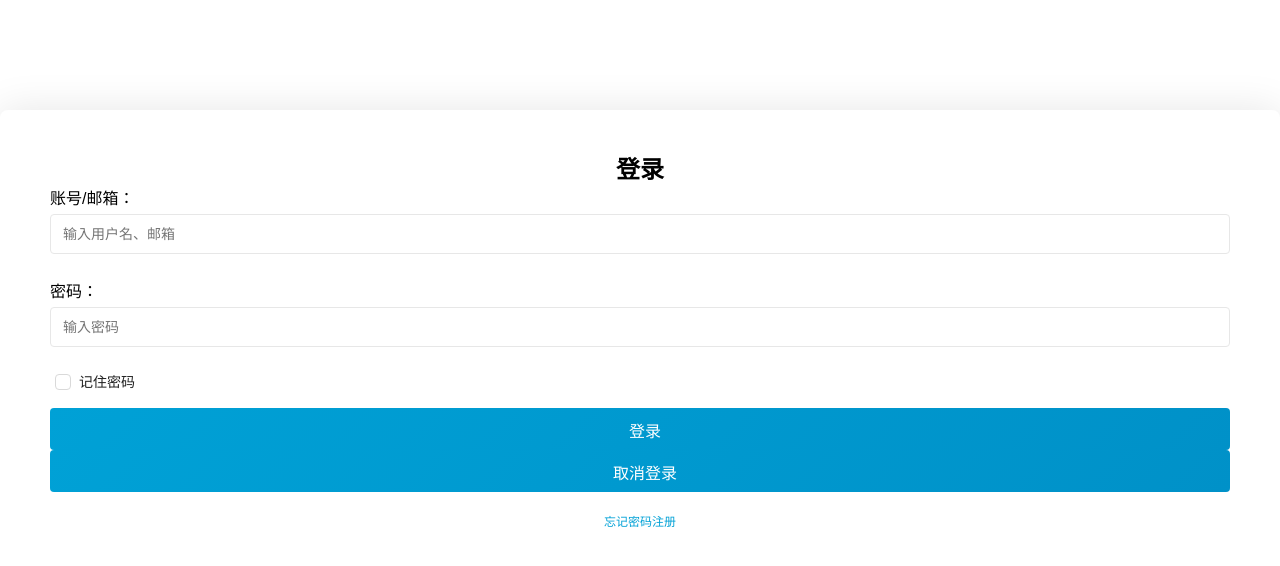
Repository: karicat996/-
Page: /login
An editor plug-in stored every save of this project. The page is shown before and after the next save, followed by the edit.
The browser window is 1280 px wide. The pictures show the whole page.
The project was rebuilt for these pictures with package versions that can differ from the ones it lists, and the page was loaded fresh each time. Also part of the build but not shown: vite.config.ts, src/pages/Calendar/CalendarPage.tsx, src/pages/Home/HomePage.tsx, src/pages/Plan/Plans.tsx, src/layouts/Layouts.tsx, src/pages/TestDemo/index.tsx, src/pages/404.tsx, src/pages/User/Register.less and 2 more.

Above is the page before, as saved 2025-03-24 21:00:59.

### src/main.tsx
import { StrictMode } from 'react'
import { createRoot } from 'react-dom/client'
import './index.css'
import MainRouter from './routes/MainRouter'

createRoot(document.getElementById('root')!).render(

  <StrictMode>
    <MainRouter/>
  </StrictMode>,

)

### src/index.css
html,body{
  height:auto;
  margin: auto;
  padding: 0;
  overflow: hidden
}

### src/routes/MainRouter.tsx
// 主要路由文件
import { BrowserRouter, Route, Routes} from "react-router-dom";
import { Home } from "../pages/Home/HomePage";
import { Layouts }  from "../layouts/Layouts";
import  TestDemo  from "../pages/TestDemo";
import { NotFound } from "../pages/404";
import LoginPaged from './../pages/User/Login';
import { RegisterPage } from './../pages/User/Register';


const MainRouter: React.FC = () => {
  return (
    <BrowserRouter>
    <Routes>
        <Route path="/" element={<Layouts />} />
        <Route path="/index" element={<Home />} />
        <Route path="*" element={<NotFound />} />
        <Route path="/test" element={<TestDemo />} />
        <Route path="/login" element={<LoginPaged />} />
        <Route path="/Register" element={<RegisterPage  />} />
    </Routes>
    </BrowserRouter>
  )
}


export default MainRouter

### src/pages/User/Login.tsx
import react from 'react';
import {useState,useEffect} from 'react';
import  './Login.less';
import { AppstoreOutlined } from '@ant-design/icons';
import { Checkbox } from 'antd';
import type { CheckboxProps } from 'antd';



// interface LoginPageProps {
//     account: string,
//     email: string,
//     password: string
// }




const LoginPage: React.FC = () => {

    const [account, setAccount] = useState<string>();
    const [password,setPassword] = useState<string>();
    const [remember,setRemember] = useState<boolean>();
    const [error,setError] = useState<string>();
    const [loading,setLoading] = useState<boolean>();
    const [success,setSuccess] = useState<boolean>();
    const [errorMessage,setErrorMessage] = useState<string>();




    useEffect(()=>{

    },[]);


    //账号邮箱表单校验


    //登录请求
    const handleSumbit = async (event:React.MouseEvent<HTMLButtonElement>) =>{
        //登录请求
        try{
            const response = await fetch('http://127.0.0.1:4523/m1/6022892-0-default/user/login',{
                method:'POST',
                headers:{
                    'Content-Type':'application/json'
                },
                body:JSON.stringify({
                    account,
                    password
                })


            });
            const data = await response.json();
            if (data.code === 200)  {
                // const data = await response.json();
                alert('登录成功');
                // 处理登录成功后的逻辑，如跳转页面
            } else {
                alert('登录失败: ' + response.statusText);
            };
        }catch(error){
            console.log('请求出错',error);

        }finally{
            setLoading(false);
        }
    };
    //取消登录
    const handleCancel =(event:React.MouseEvent<HTMLButtonElement>) =>{

        console.log(event);
    };




    //忘记密码
    const handleForgetPassword =() =>{

        try{
            //忘记密码请求


        }catch(e){



        }finally{

        }

    };


    //注册
    const handleRegister =()=>{

    };

//记住密码
    const onChange: CheckboxProps['onChange'] = (e) => {
        console.log(`checked = ${e.target.checked}`);
      };



    return (
        <>
        <div className="Login-Container">
            <h2 className="text-login">登录</h2>
            <div className="inputGroup">
                <label>账号/邮箱：</label>
                 <input
                 type="text"
                 value={account}
                 onChange={(e)=>{setAccount(e.target.value)}}
                 placeholder="输入用户名、邮箱" />
            </div>
            <div className="inputGroup">
                <label>密码：</label>
                <input type="text"
                value={password}
                onChange={(e)=>{setPassword(e.target.value)}}
                placeholder="输入密码" />
            </div>
            <div className="radioGroup">
            <Checkbox onChange={onChange}>记住密码</Checkbox>
            </div>
            <div className="buttonGroup">
            <button onClick={handleSumbit}>登录</button>
            <button onClick={handleCancel} value="rememberInput">取消登录</button>
            </div>
            <div className='linkGroup'>
                <a href="#" onClick={handleForgetPassword}>忘记密码</a>
                <a href="#" onClick={handleRegister}>注册</a>
            </div>


        </div>
    </>
    )
}



export default LoginPage;

### src/pages/Home/HomePage.less
*{
    box-sizing: border-box;
    margin:0;
    padding:0;
}

body{
    font-family: Arail, sans-serif;
}

.container {
    width: 100%;
    height: 135vh;
    overflow: hidden;

}

.header-container{
    width: 100%;
    height: 7%;
    margin-bottom: 1%;
    flex-wrap: wrap;
    background-color: #5ece5e;
    color: rgba(255, 255, 255, 0.514);
    padding: 10px 0;
}

.core-container{
    display: flex;
    width: 100%;
    height: 60%;

}


.left-container{
    float: left;
    background-color: white;
    border: 1px solid rgba(128, 128, 128, 0.5);
    border-radius: 10px 10px 10px 10px;
    width: 22%;
    height: 100%;

}

.middle-container{
    display: flex;
    flex-direction: column;
    background-color: white;
    border-radius: 10px 10px 10px 10px;
    border: 1px solid rgba(128, 128, 128, 0.5);
    width: 52%;
    height: 100%;
    margin-left: 2%;
    margin-right: 2%;

}

.middle-on-container {
    flex: 0 0 32%; /* 占据可用空间 */
    background-color: #4625253b;
    border-radius: 10px 10px 0 0;
    width: 100%;
    margin-bottom: 10px;
    margin-bottom: 10px; /* 下方间距 */
    flex-shrink: 1;

}

.middle-under-container {
    display: flex;
    flex-direction: column;
    flex: 1; /* 占据可用空间 */
    width: 100%;
    flex-basis: 250px;
    background-color: white;
    margin-top: 5px;
    margin-bottom: 10px;
    overflow: hidden;
    flex-shrink: 1;
}

.right-container {
    float: right;
    background-color: white;
    border-radius: 10px 10px 10px 10px;
    border: 1px solid rgba(104, 94, 94, 0.5);
    width: 22%;
    height: 100%;

}

.footer-container{
    width: 100%;
    height: 5%;
    flex-wrap: wrap;
    background-color: #767a76;
    color: rgba(255, 255, 255, 0.514);
    padding: 10px 0;
}

### src/layouts/TopNav/TopNav.tsx
import React, {useState} from  "react";
import { AppstoreOutlined, MailOutlined, SettingOutlined } from '@ant-design/icons';
import type { MenuProps } from 'antd';
import { Menu } from 'antd';


type MenuItem = Required<MenuProps>['items'][number];


const items: MenuItem[] = [
    {
      label: 'Navigation One',
      key: 'mail',
      icon: <MailOutlined />,
    },
    {
      label: 'Navigation Two',
      key: 'app',
      icon: <AppstoreOutlined />,
      disabled: true,
    },
    {
      label: 'Navigation Three - Submenu',
      key: 'SubMenu',
      icon: <SettingOutlined />,
      children: [
        {
          type: 'group',
          label: 'Item 1',
          children: [
            { label: 'Option 1', key: 'setting:1' },
            { label: 'Option 2', key: 'setting:2' },
          ],
        },
        {
          type: 'group',
          label: 'Item 2',
          children: [
            { label: 'Option 3', key: 'setting:3' },
            { label: 'Option 4', key: 'setting:4' },
          ],
        },
      ],
    },
    {
      key: 'alipay',
      label: (
        <a href="https://ant.design" target="_blank" rel="noopener noreferrer">
          Navigation Four - Link
        </a>
      ),
    },
  ];
export const TopNav = () => {
    const [current, setCurrent] = useState('mail');

    const onClick: MenuProps['onClick'] = (e) => {
        console.log('click ', e);
        setCurrent(e.key);
      };

    return (
        <Menu onClick={onClick} selectedKeys={[current]} mode="horizontal" items={items} />
    )
}

export default TopNav;

### src/layouts/SideNav/SideNav.tsx
import React, {useState} from "react"
import { AppstoreOutlined,HomeOutlined, SettingOutlined } from '@ant-design/icons';
import type { MenuProps, MenuTheme } from 'antd';
import { Menu, Switch } from 'antd';
import { useNavigate } from 'react-router-dom';



type MenuItem = (Required<MenuProps>['items'][number]& { route?: string });

const items: MenuItem[] = [
  {
    key: 'sub1',
    label: '欢迎来到我的网站',
    icon: <HomeOutlined />,
    children: [
      { key: '1', label: 'Plan', route: '/plan' } as MenuItem//明确指定类型

    ],
  },

];


export const SideNav = () => {

  const [theme, setTheme] = useState<MenuTheme>('dark');
  const [current, setCurrent] = useState('1');
  const navigate = useNavigate();
  const changeTheme = (value: boolean) => {
    setTheme(value ? 'dark' : 'light');
  };

  const onClick: MenuProps['onClick'] = (e) => {
    console.log('click ', e);
    setCurrent(e.key);
  };



  return (
    <>
    <Switch
      checked={theme === 'dark'}
      onChange={changeTheme}
      checkedChildren="Dark"
      unCheckedChildren="Light"
    />
    <br />
    <br />
    <Menu
      theme={theme}
      onClick={onClick}
      style={{ width: 256 }}
      defaultOpenKeys={['sub1']}
      selectedKeys={[current]}
      mode="inline"
      items={items}
    />
  </>
  )
}

export default SideNav;

### src/pages/User/Login.less
 #root {
  width: 100%;
   min-height: 500px;
   background: #fff;
   border-radius: 8px;
   box-shadow: 0 0 40px rgba(0,0,0,0.1);
   padding: 40px 50px;


   position: fixed;
   top: 50%;
   left: 50%;
   transform: translate(-50%, -50%);


}



  .container {
    box-shadow: inset 0 0 0 2px black;

    }


  .text-login{

    text-align: center;

  }

  .inputGroup {
    margin-bottom: 24px;

    label {
      display: block;
      margin-bottom: 5px;
    }

    input {
      width: 100%;
      height: 40px;
      border: 1px solid #e7e7e7;   // 浅灰色边框
      border-radius: 4px;
      padding: 0 12px;
      font-size: 14px;
      transition: border-color 0.3s;

      &:focus {
        border-color: #00a1d6;     // B 站主题色
        outline: none;             // 移除默认聚焦轮廓
      }
    }
  }

  .radioGroup {
    margin-bottom: 15px;

    label {
      margin-left: 5px;
    }
  }

  .buttonGroup {


    button {
      width: 100%;
      height: 42px;
      background: linear-gradient(135deg, #00a1d6, #0091c8); // B 站渐变蓝
      border: none;
      border-radius: 4px;
      color: #fff;
      font-size: 16px;
      cursor: pointer;
      transition: opacity 0.3s;
      padding-right: 10px; /* 右侧内边距 */
      padding-bottom: 10px;
      padding-top: 10px;
      padding-left: 20px;
     /* 左侧内边距 */

      &:hover {
        opacity: 0.9;                // 悬停透明效果
      }
    }
  }

  .linkGroup {
  margin-top: 20px;
  text-align: center;
  font-size: 12px;

  a {
    color: #00a1d6;             // 与主题色统一
    text-decoration: none;

    &:hover {
      text-decoration: underline;
    }
  }
  }

Loaded but not shown: index.html (common file)

After the next save:
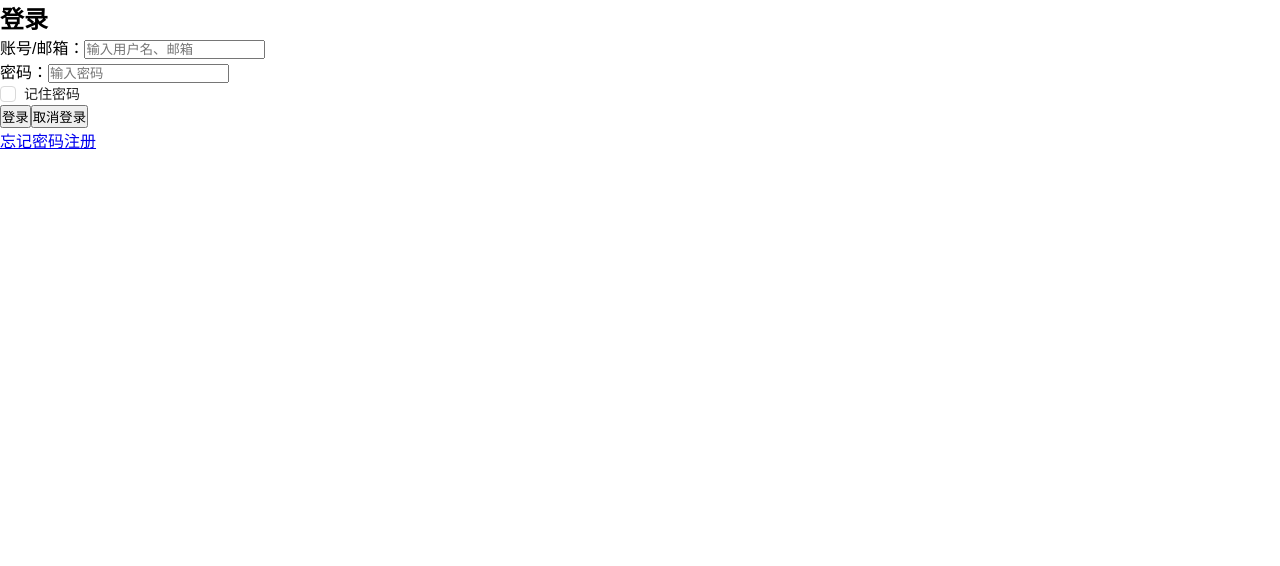
Saved 7 s later.
--- a/src/pages/User/Login.tsx
+++ b/src/pages/User/Login.tsx
@@ -1,6 +1,6 @@
 import react from 'react';
 import {useState,useEffect} from 'react';
-import  './Login.less';
+
 import { AppstoreOutlined } from '@ant-design/icons';
 import { Checkbox } from 'antd';
 import type { CheckboxProps } from 'antd';
